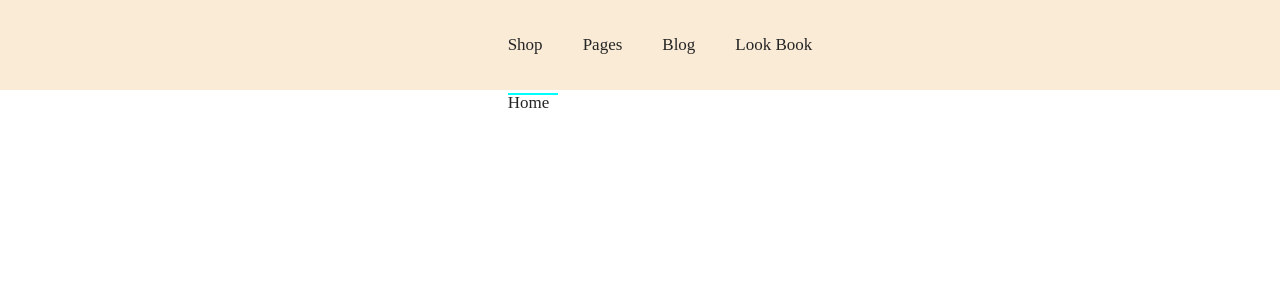
Repository: MorgunovaAlexandra/beauti
Page: index.html
An editor plug-in stored every save of this project. The page is shown before and after the next save, followed by the edit.
The browser window is 1280 px wide. The pictures show the whole page.
The pointer rests on the first visible `.menu-list li a`.

Above is the page before, as saved 2022-08-24 12:13:13.

### index.html
<!DOCTYPE html>
<html lang="en">
<head>
    <meta charset="UTF-8">
    <meta http-equiv="X-UA-Compatible" content="IE=edge">
    <meta name="viewport" content="width=device-width, initial-scale=1.0">
    <link rel="stylesheet" href="./style.css">
    <title>Document</title>
</head>
<body>
    <div class="wrapper">
        <header class="header">
            <div class="header-container _container">
            <nav class="dws-menu">
                <ul class="menu-list">
                    <li><a href="#"><i class="fa fa-"></i>Home</a></li>
                    <li><a href="#"><i class="fa fa-"></i>Shop</a></li>
                    <li><a href="#"><i class="fa fa-"></i>Pages</a></li>
                    <li><a href="#"><i class="fa fa-"></i>Blog</a></li>
                    <li><a href="#"><i class="fa fa-"></i>Look Book</a></li>
                </ul>

            </nav>
            </div>
        </header>
    </div>
</body>
</html>

### style.css
* {
	margin: 0;
	padding: 0;
	border: 0;
	box-sizing: border-box;
}
:before,:after{
	padding: 0;
	margin: 0;
	border: 0;
	box-sizing: border-box;
}
html,body{
	height: 100%;
    font-family: 'SofiaProRegular';
	font-size: 18px;
	font-weight: 400;
}

.wrapper{
	width: 100%;
	overflow: hidden;

}
._container{
	max-width: 1170px;
	margin: 0px auto;
	padding: 0px 10px;
}
._container{
	max-width: 1170px;
	margin: 0px auto;
	padding: 0px 10px;
}
/*--------------------------*/
.header {
	font-family: 'TTCommons-Medium';
	position: absolute;/*---------изменено-----------------*/
	width: 100%;
	top: 0;
	left: 0;
	z-index: 50;
	font-size: 17px;
    height: 90px;
    background-color: antiquewhite;

}
.menu-list{
    display: flex;
    justify-content: center;
    align-items: center;
    height: 90px;
    position: relative;
}
.menu-list li a:hover{
   content: "";
   position: absolute;
   height: 2px;
   width: 50px;
   background-color: aqua;
   bottom: -5px;
}
@keyframes slidein {
    from {
      margin-left: 100%;
      width: 300%;
    }

    to {
      margin-left: 0%;
      width: 100%;
    }
}
a{
    text-decoration: none;
    color:rgb(37, 37, 37);
    margin-left: 40px;
}
li{
    list-style: none;

}

After the next save:
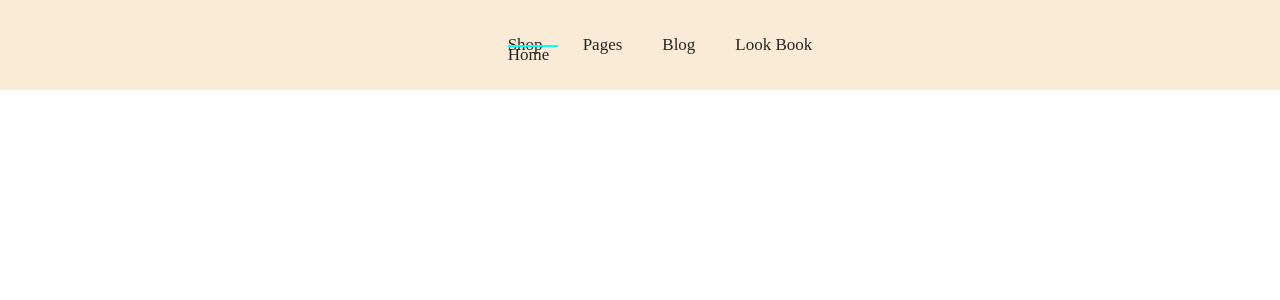
Saved 7 s later.
--- a/style.css
+++ b/style.css
@@ -58,7 +58,7 @@ html,body{
    height: 2px;
    width: 50px;
    background-color: aqua;
-   bottom: -5px;
+
 }
 @keyframes slidein {
     from {
